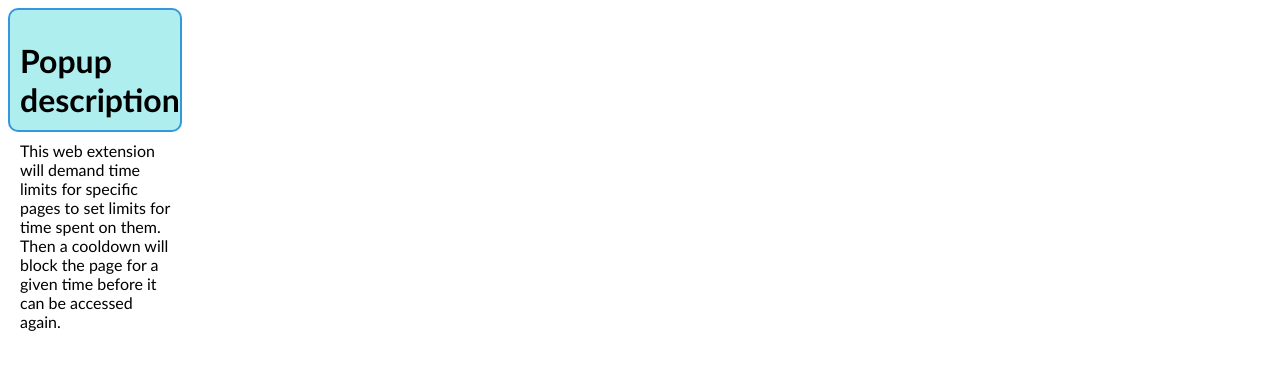
Repository: AndrlmMass/Time-management-chrome-extension
Page: popup.html
These files come from the project's save history. The page is drawn as it stood at one moment and after the next save; the edit follows.
The browser window is 1280 px wide. The pictures show the whole page.

Above is the page before, as saved 2023-08-22 15:24:03.

### popup.html
<!DOCTYPE html>
<html>
<head>
  <title>Popup</title>
  <link rel="stylesheet" type="text/css" href="styles.css">
</head>
<body>
  <div id="popup-container">
    <h1 class="popup-title">Popup description</h1>
    <div>
    <p> This web extension will demand time limits for specific pages to set limits for time spent on them. Then a cooldown will block the page for a given time before it can be accessed again.</p>
    </div>
  </div>
  <script src="popup.js"></script>
</body>
</html>

### styles.css
@font-face {
  font-family: 'CustomFont';
  src: url('path/to/font.woff2') format('woff2'),
       url('path/to/font.woff') format('woff');
}

body {
  font-family: 'Calibri', sans-serif;
}

#popup-container {
    padding: 10px; /* Add padding to create space between text and border */
    margin: 0; /* Reset margin */
    width: 300px; /* Set a fixed width for the popup container */
    background-color: #afeeee; /* Background color */
    border: 2px solid #3498db; /* Border color and thickness */
    border-radius: 10px; /* Rounded corners */
  }

.bold-text {
font-weight: bold; /* Apply bold style to this class */
}

### popup.js
document.addEventListener('DOMContentLoaded', function() {
  // Get the popup's main container element
  const popupContainer = document.getElementById('popup-container');

  // Set custom width and height
  popupContainer.style.width = '150px';    // Adjust width as needed
  popupContainer.style.height = '100px';   // Adjust height as needed
});

After the next save:
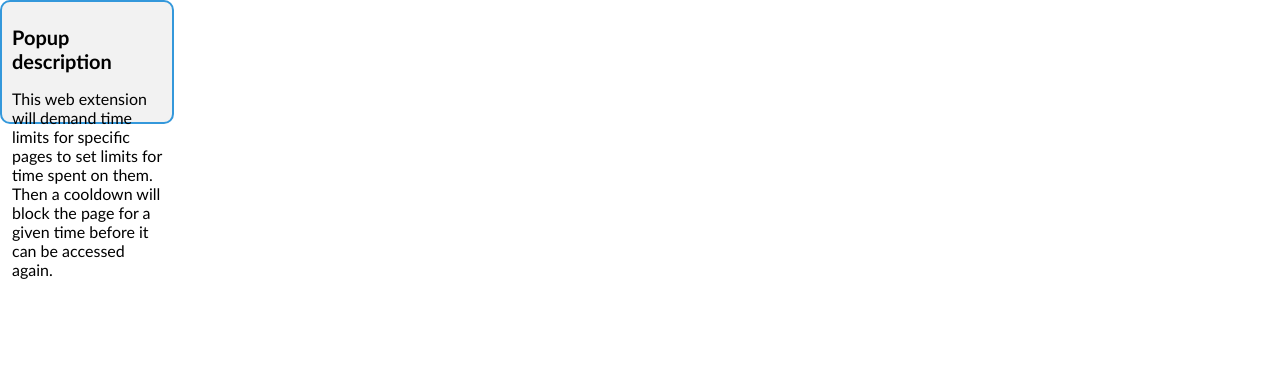
Saved 8 min 36 s later.
--- a/styles.css
+++ b/styles.css
@@ -4,19 +4,31 @@
        url('path/to/font.woff') format('woff');
 }
 
+/* styles.css */
+
 body {
-  font-family: 'Calibri', sans-serif;
-}
-
-#popup-container {
-    padding: 10px; /* Add padding to create space between text and border */
-    margin: 0; /* Reset margin */
-    width: 300px; /* Set a fixed width for the popup container */
-    background-color: #afeeee; /* Background color */
-    border: 2px solid #3498db; /* Border color and thickness */
-    border-radius: 10px; /* Rounded corners */
+    font-family: 'Calibri', sans-serif;
+    margin: 0;
+    padding: 0;
   }
 
-.bold-text {
-font-weight: bold; /* Apply bold style to this class */
-}
+  #popup-container {
+    padding: 10px;
+    width: 300px;
+    background-color: #f2f2f2;
+    border: 2px solid #3498db;
+    border-radius: 10px;
+  }
+
+  .popup-title {
+    font-size: 20px;
+    margin-bottom: 10px;
+  }
+
+  .main-text {
+    /* Apply padding to create space between title and main text */
+    padding-top: 10px;
+    border-top: 2px solid #3498db; /* Add a top border to separate title from main text */
+  }
+
+  /* Additional styles for your popup */
